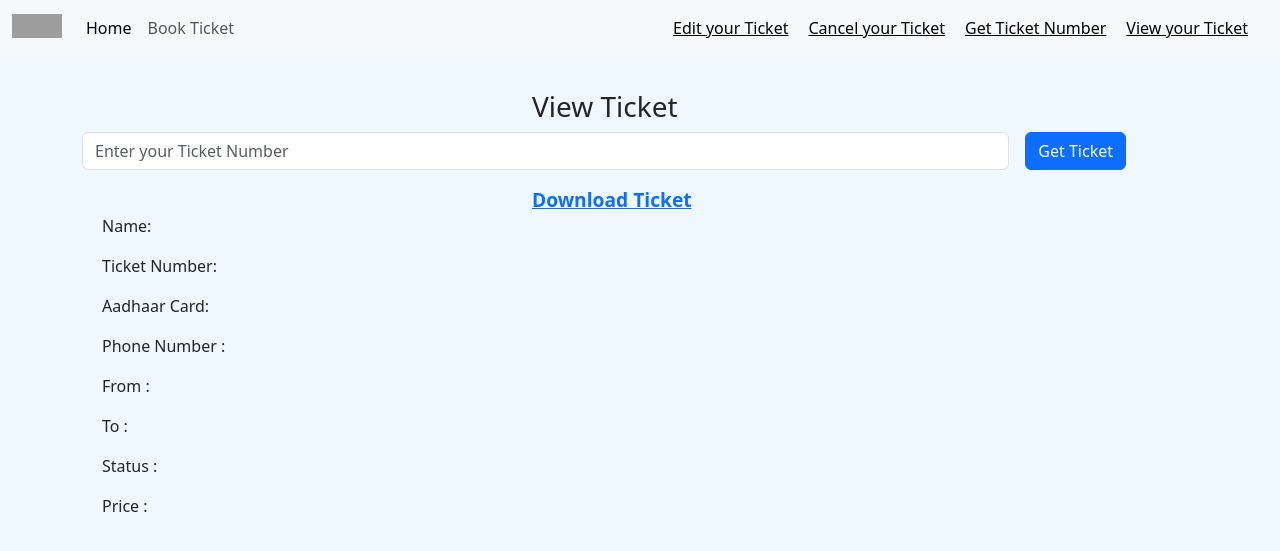
Repository: MayankSardana/Book-My-Ticket
Page: http://localhost/Ticket
The author's editor kept a copy of each file at every save. The page is drawn from the files as they stood at one save, then again after the next save.
The browser window is 1280 px wide. The pictures show the whole page.
Pictures or frames that could not be fetched are drawn as grey boxes. The page is this project's Thymeleaf template; nobody is signed in. The template is opened directly, without the code that normally fills it, so the values that code supplies are empty.

Above is the page before, as saved 2024-07-03 05:38:07.

### BookMyTicket/src/main/resources/templates/Ticket.html
<!doctype html>
<html lang="en" xmlns:th="http://www.thymeleaf.org">
  <head>
    <meta charset="utf-8">
    <meta name="viewport" content="width=device-width, initial-scale=1">
    <title>View Ticket</title>
    <link href="https://cdn.jsdelivr.net/npm/bootstrap@5.3.3/dist/css/bootstrap.min.css" rel="stylesheet" integrity="sha384-QWTKZyjpPEjISv5WaRU9OFeRpok6YctnYmDr5pNlyT2bRjXh0JMhjY6hW+ALEwIH" crossorigin="anonymous">
    <style>
        .hh{
              margin-top: 10px;
              margin-left:450px;
        }

        .a{
            margin-left:450px;
            font-size: larger;
            font-weight: 600;
        }
        body{
            background-color:aliceblue;
        }

		.tt{
		          text-decoration:underline;
		          padding:10px;
		          margin-left:450px;
		      }
			.n{
				margin-right:20px;
			}

			.ch{
				display:flex;
			}

			p{
				margin-left:20px;

			}
    </style>


  </head>
  <body>

	<nav class="navbar navbar-expand-lg bg-body-tertiary">
	        <div class="container-fluid">
	         <a class="navbar-brand" href="#">
	      <img src="https://i.pinimg.com/280x280_RS/84/4b/a1/844ba1cb3439dca10d316e4310721cc6.jpg" alt="Logo" width="50" height="24" class="d-inline-block align-text-top">

	    </a>
	          <button class="navbar-toggler" type="button" data-bs-toggle="collapse" data-bs-target="#navbarText" aria-controls="navbarText" aria-expanded="false" aria-label="Toggle navigation">
	            <span class="navbar-toggler-icon"></span>
	          </button>
	          <div class="collapse navbar-collapse" id="navbarText">
	            <ul class="navbar-nav me-auto mb-2 mb-lg-0">
	              <li class="nav-item">
	                <a class="nav-link active" aria-current="page" href="/">Home</a>
	              </li>
	              <li class="nav-item">
	                <a class="nav-link" href="/book">Book Ticket</a>
	              </li>
	            </ul>
				<span class="n navbar-text">
				     <a href = "/edit">Edit your Ticket</a>
				</span>
				<span class="n navbar-text">
					<a href = "/cancel">Cancel your Ticket</a>
			    </span>
				<span class="n navbar-text">
				   <a href = "/ticket">Get Ticket Number</a>
				</span>
	            <span class="n navbar-text">
	                <a href = "/view">View your Ticket</a>
	            </span>

	          </div>
	        </div>
	      </nav>

	      <br/>


    <div class = "container">

        <h3 class = "hh">View Ticket</h3>

        <form class="row g-3" action="#" th:action="@{/viewticket}" th:object="${view}" method="post">

            <div class="col-sm-10">
                <input type="text" th:field="*{ticketnumber}" class="form-control"  placeholder="Enter your Ticket Number"/>
              </div>
            <div class="col-auto">
              <button type="submit" class="btn btn-primary mb-3">Get Ticket</button>
            </div>
          </form>
          <a class = "a" href = "#">Download Ticket</a>

		  <div class = "show">
			<div class = "ch">
				<p class = "b">Name:</p>
				<p th:text="${name}"/>
			</div>

			<div class = "ch">
				<p class = "b">Ticket Number:</p>
			    <p th:text="${number}"/>
			</div>

			<div class = "ch">
				<p class = "b">Aadhaar Card:</p>
				<p th:text="${aadhar}"/>
			</div>


			<div class = "ch">
				<p class = "b">Phone Number :</p>
				<p th:text="${phone}"></p>
			</div>

			<div class = "ch">
				<p class = "b">From :</p>
				<p th:text="${start}"/>
			</div>


			<div class = "ch">
				<p class = "b">To :</p>
				<p th:text="${end}"/>
			</div>

			<div class="ch">
				<p class = "b">Status :</p>
				<p th:text="${status}"/>
			</div>

			<div class = "ch">
				<p class = "b">Price :</p>
				<p th:text="${price}"/>
			</div>

		  </div>

    </div>


    <script src="https://cdn.jsdelivr.net/npm/bootstrap@5.3.3/dist/js/bootstrap.bundle.min.js" integrity="sha384-YvpcrYf0tY3lHB60NNkmXc5s9fDVZLESaAA55NDzOxhy9GkcIdslK1eN7N6jIeHz" crossorigin="anonymous"></script>
  </body>
</html>

After the next save:
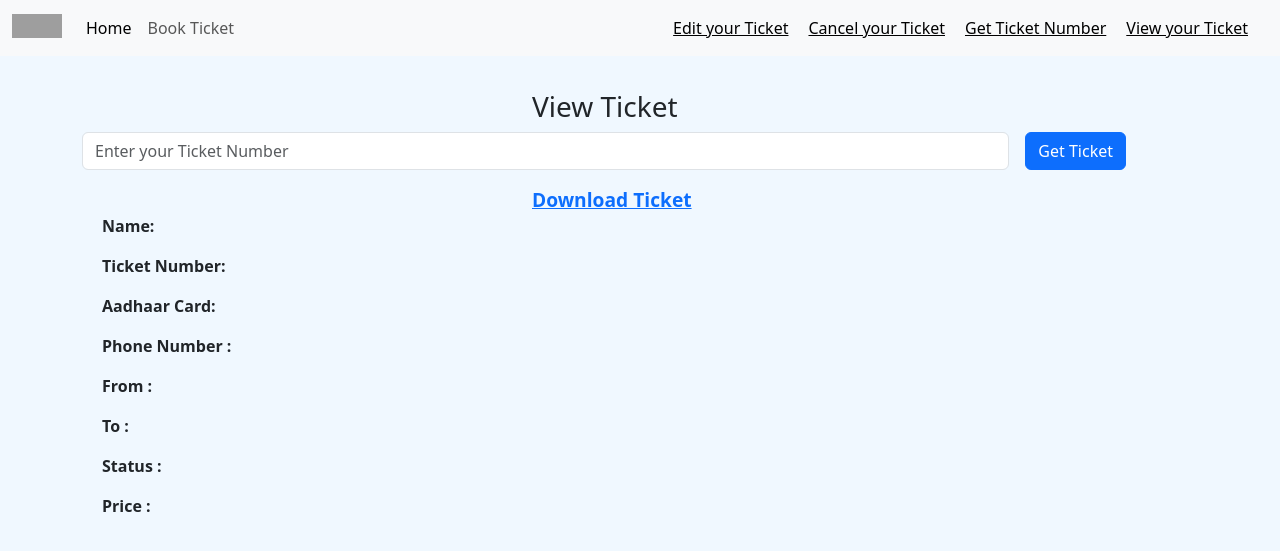
Saved 10 s later.
--- a/BookMyTicket/src/main/resources/templates/Ticket.html
+++ b/BookMyTicket/src/main/resources/templates/Ticket.html
@@ -36,6 +36,10 @@
 			p{
 				margin-left:20px;
 
+			}
+
+			.b{
+				font-weight: bold;
 			}
     </style>
 
